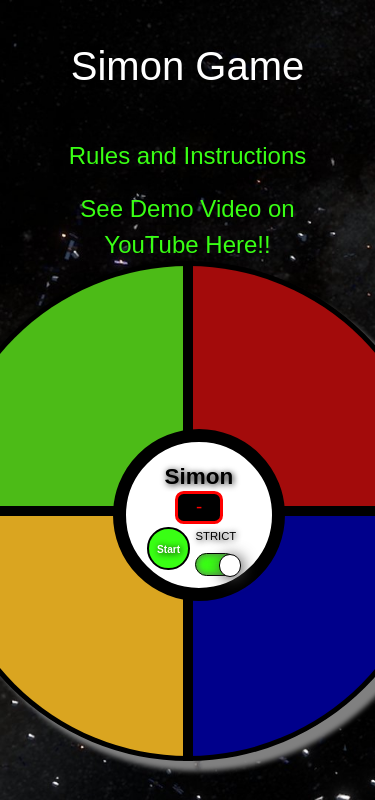
Repository: cgaynor91/Simon-Memory-Game
Page: index.html
The author's editor kept a record of every edit. The page is drawn from the files as they stood at one moment, then again after the next edit.
The browser window is 375 px wide. The pictures show the whole page.
An inner scrolling area shows only its first screen. Some web fonts or font styles are not loaded; a fallback is used.

Above is the page before.

After the next edit:
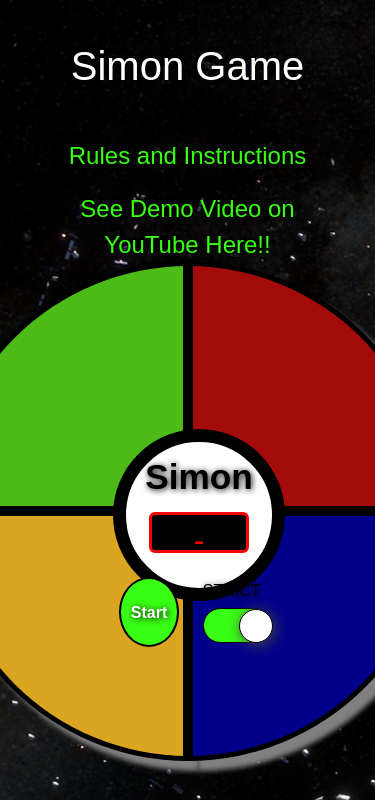
The edit:
--- a/assets/css/style.css
+++ b/assets/css/style.css
@@ -299,7 +299,7 @@
 
 /* Media Queries */
 
-@media screen and (max-device-width: 812px) {
+@media screen and (max-device-width: 600px) {
 
   .label {
     font-size: 6vw;
